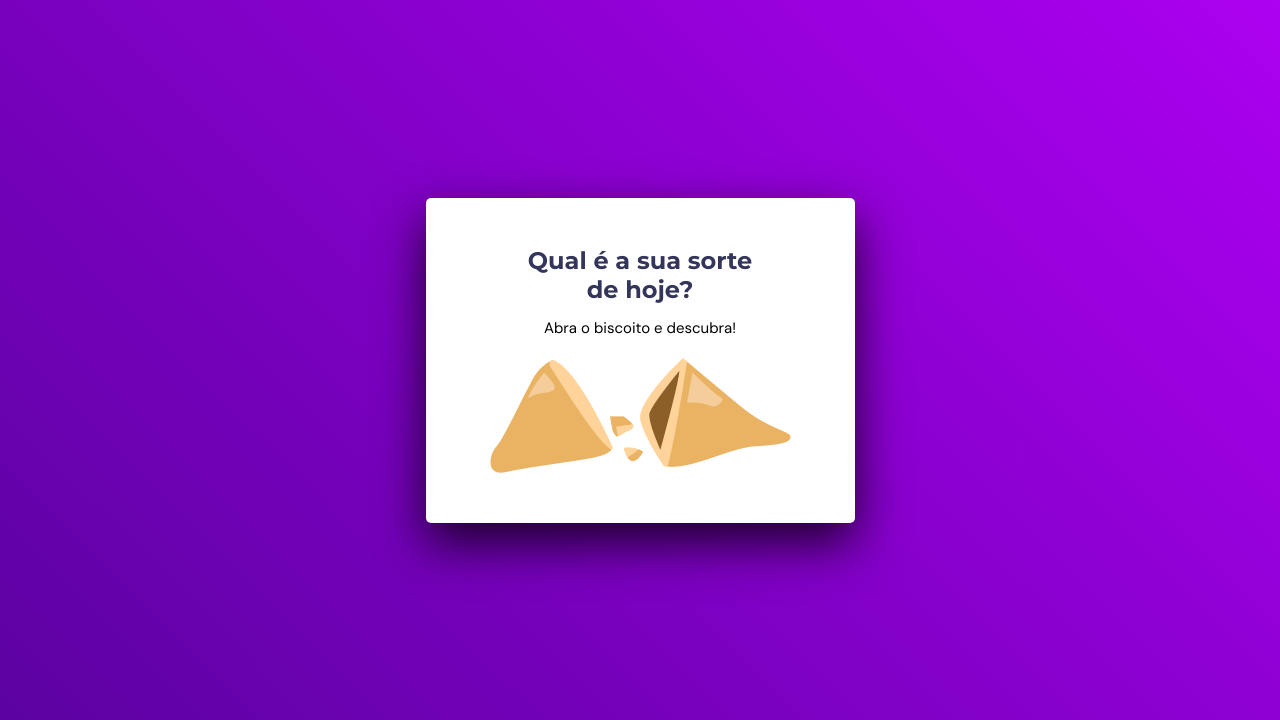
Repository: caueenrico/cookieCoach
Page: index.html
The author's editor kept a copy of each file at every save. The page is drawn from the files as they stood at one save, then again after the next save.
The browser window is 1280 px wide. The pictures show the whole page.

Above is the page before, as saved 2023-06-27 16:40:41.

### index.html
<!DOCTYPE html>
<html lang="en">
  <head>
    <meta charset="UTF-8" />
    <meta name="viewport" content="width=device-width, initial-scale=1.0" />
    <link rel="preconnect" href="https://fonts.googleapis.com" />
    <link rel="preconnect" href="https://fonts.gstatic.com" crossorigin />
    <link
      href="https://fonts.googleapis.com/css2?family=DM+Sans&family=Dancing+Script&family=Montserrat:wght@700&display=swap"
      rel="stylesheet"
    />
    <link rel="stylesheet" href="style.css" />
    <title>biscoito da sorte</title>
  </head>
  <body>
    <main>

      <div class="hide">
        <h1>
          Qual é a sua sorte <br />
          de hoje?
        </h1>
        <p>Abra o biscoito e descubra!</p>
        <img src="/biscoitoClose.png" alt="" />
      </div>

      <div>
        <h1>
          Qual é a sua sorte <br />
          de hoje?
        </h1>

        <span>

        </span>
        <p>Abra o biscoito e descubra!</p>
        <img src="/opened-cookie.png" alt="" />
      </div>

    </main>
  </body>
  <script src="script.js"></script>
</html>

### style.css
* {
  margin: 0;
  padding: 0;
  box-sizing: border-box;
}

:root {
  font-size: 62.5%;

  --fs-heading: 2.4rem;
  --ff-heading: "Montserrat", sans-serif;

  --fs-subt: 1.5rem;
  --ff-subt: "DM Sans", sans-serif;
}

body {
  height: 100vh;
  width: 100vw;
  display: flex;
  flex-direction: column;
  justify-content: center;

  background: linear-gradient(45deg, #190361, #bb00ff);
  animation: gradient 10s ease infinite;
  background-size: 200% 200%;
}

@keyframes gradient {
	0% {
		background-position: 0% 50%;
	}
	50% {
		background-position: 100% 50%;
	}
	100% {
		background-position: 0% 50%;
	}
}

main {
  margin: 0 auto;

  display: flex;
  flex-direction: column;
  align-items: center;
  justify-content: center;

  padding: 4.8rem 6.4rem;
  background-color: #fff;

  text-align: center;

  border-radius: 5px;
  box-shadow: 0px 20px 50px 0px rgba(0, 0, 0, 0.8);
}

main h1 {
  font-family: var(--ff-heading);
  font-size: var(--fs-heading);
  font-weight: 700;

  color: #34355b;
  margin-bottom: 1.4rem;
}

main p {
  font-size: var(--fs-subt);
  font-family: var(--ff-subt);

  margin-bottom: 2rem;
}

main img {
  width: 100%;
  flex-shrink: 0;
}

main img:hover {

  animation: treme 0.1s infinite;

}

@keyframes treme {
  0% {margin-left: 0;}
  25% {margin-left: 5px;}
  50% {margin-left: 0;}
  75% {margin-left: -5px;}
  100% {margin-left: 0;}
}

.hide {
  display: none;
}

### script.js
let img = document.querySelector('img');

img.addEventListener('click', () => {
    img.classList.toggle('active');
    console.log('clicked');
}
)

After the next save:
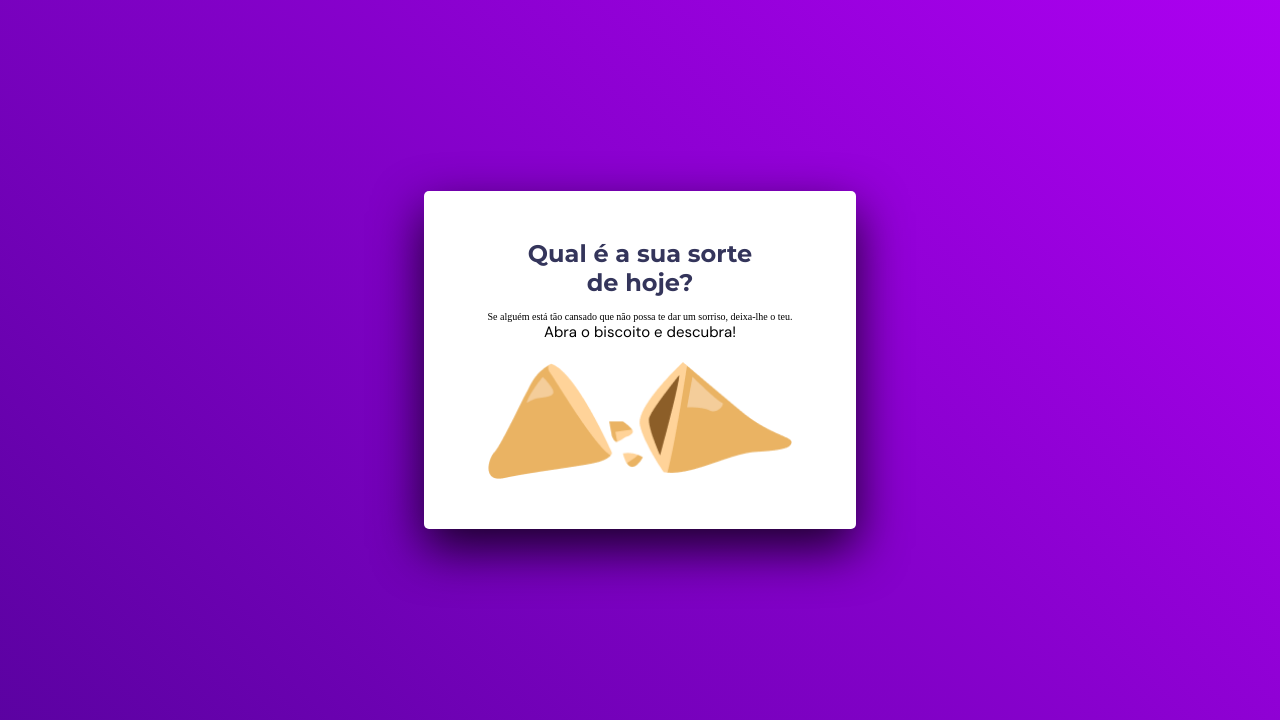
Saved 6 s later.
--- a/index.html
+++ b/index.html
@@ -31,7 +31,7 @@
         </h1>
 
         <span>
-
+          Se alguém está tão cansado que não possa te dar um sorriso, deixa-lhe o teu.
         </span>
         <p>Abra o biscoito e descubra!</p>
         <img src="/opened-cookie.png" alt="" />
